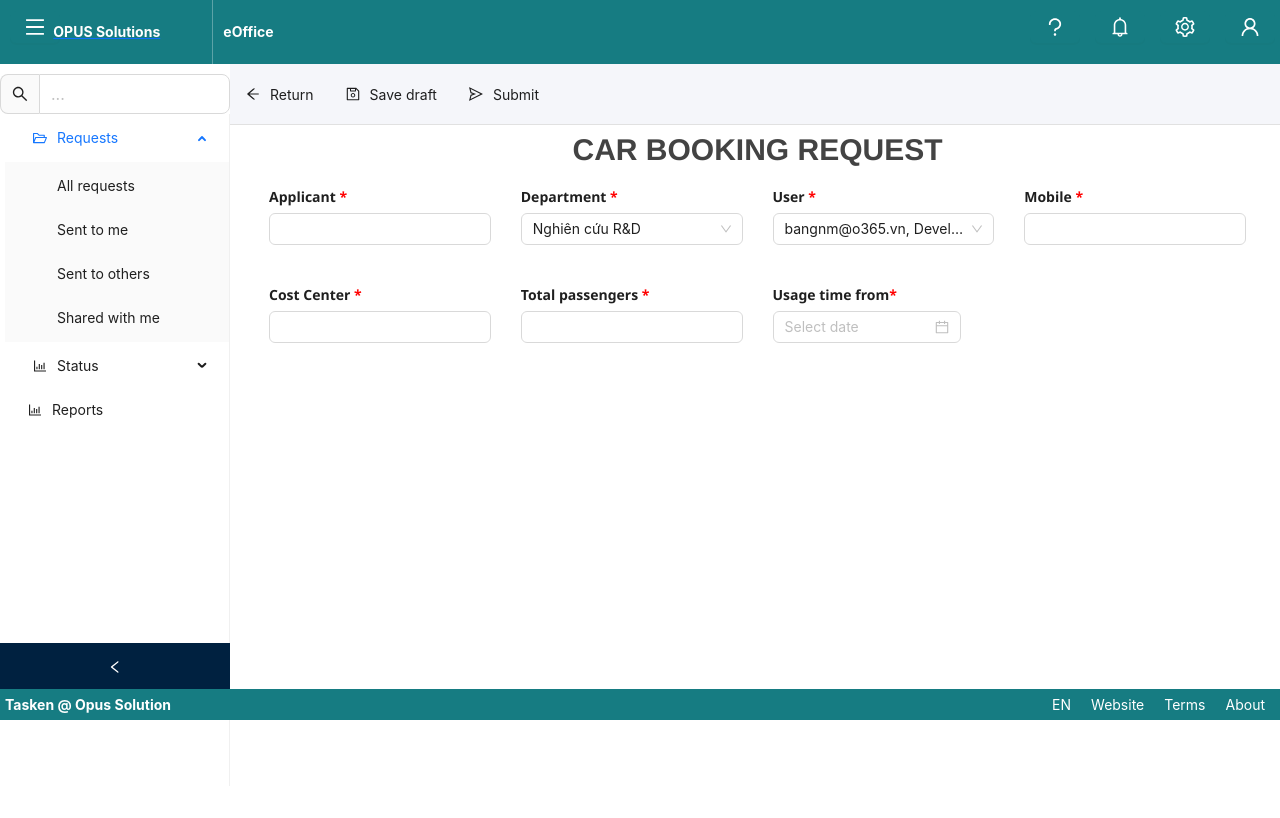
Repository: vannam272008/car-booking
Page: /request/addrequest
These files come from the project's save history. The page is drawn as it stood at one moment and after the next save; the edit follows.
The browser window is 1280 px wide. The pictures show the whole page.
The project was rebuilt for these pictures with package versions that can differ from the ones it lists, and the page was loaded fresh each time. Also part of the build but not shown: src/Components/DetailRequest/Comments/comment.css, src/Components/DetailRequest/Comments/comment.tsx, src/Components/DetailRequest/Menu/menu.tsx, src/Components/DetailRequest/Detail/detail.tsx, src/Pages/ManageRequest/index.css, src/Pages/ManageRequest/ManageRequest.tsx. Imported but missing from the stored project, and not drawn on this page: src/Pages/Home.

Above is the page before, as saved 2023-07-06 15:55:34.

After the next save:
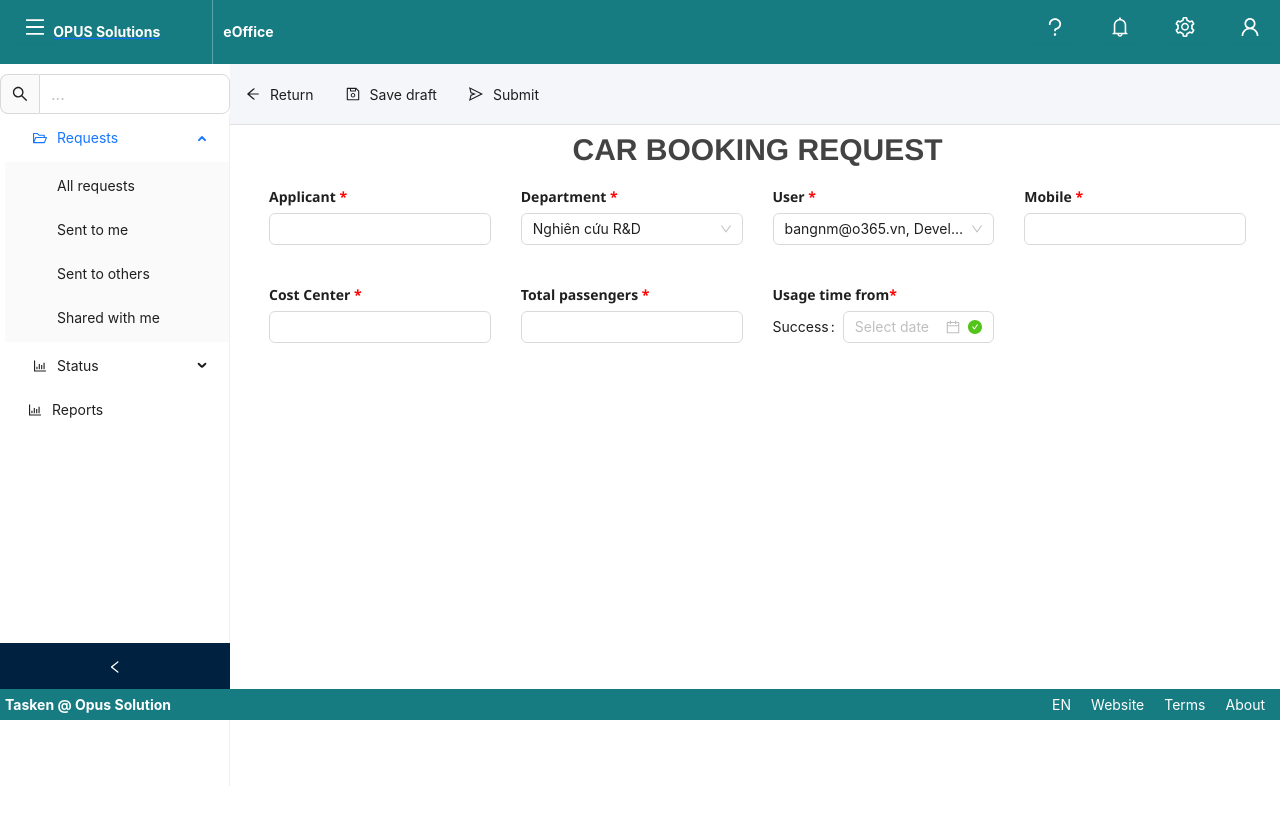
Saved 5 min 18 s later.
--- a/src/Components/AddRequest/AddRequest/index.tsx
+++ b/src/Components/AddRequest/AddRequest/index.tsx
@@ -114,8 +114,8 @@ function AddRequest(): JSX.Element {
                                         </Col>
                                         <Col span={6} className='col-request'>
                                             <label>Usage time from<span className='required'>*</span></label>
-                                            <Form.Item name="date-picker">
-                                                <DatePicker />
+                                            <Form.Item label="Success" hasFeedback validateStatus="success">
+                                                <DatePicker style={{ width: '100%' }} />
                                             </Form.Item>
                                         </Col>
                                     </Row>
